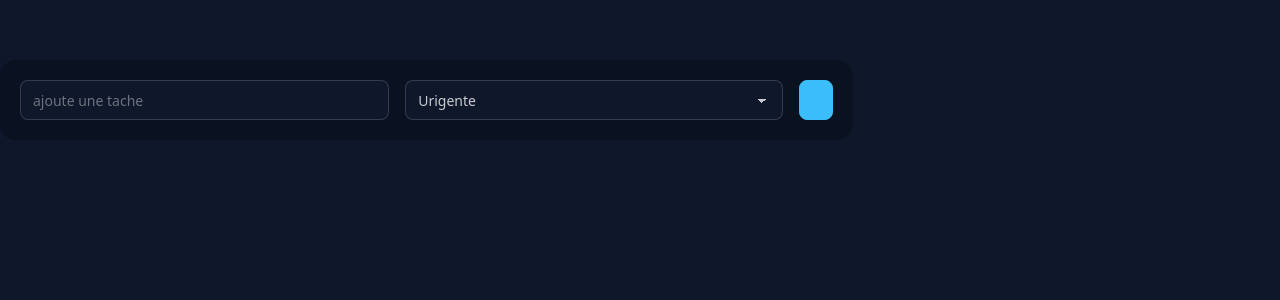
Repository: gradi243/react_ex_tuto
Page: /
The author's editor kept a copy of each file at every save. The page is drawn from the files as they stood at one save, then again after the next save.
The browser window is 1280 px wide. The pictures show the whole page.
The project was rebuilt for these pictures with package versions that can differ from the ones it lists, and the page was loaded fresh each time. Also part of the build but not shown: vite.config.ts.

Above is the page before, as saved 2025-09-13 23:59:40.

### index.html
<!doctype html>
<html lang="en" data-theme="night">
  <head>
    <meta charset="UTF-8" />
    <link rel="icon" type="image/svg+xml" href="/vite.svg" />
    <meta name="viewport" content="width=device-width, initial-scale=1.0" />
    <title>Vite + React + TS</title>
  </head>
  <body>
    <div id="root"></div>
    <script type="module" src="/src/main.tsx"></script>
  </body>
</html>

### src/index.css
@import "tailwindcss";
@plugin "daisyui";

 @plugin "daisyui" {
   themes:night;
 }
/* You can add global styles to this file, and also import other style files */

### src/App.tsx
type priority="Urigente"|"Myenne"|"Basse"

type Todo={
  id: number;
  text:string;
  priority:priority
}


function App(){
  return(
    <div className="flex justify-cente">
      <div className="w-2/3 flex-col gap-4 my-15 bg-base-300 p-5 rounded-2xl">
        <div className="flex gap-4">
          <input
          type="text"
          className="input w-full"
          placeholder="ajoute une tache"
          />

          <select
          className="select w-full"

          >
            <option value="Urigente">Urigente</option>
            <option value="Myenne">Myenne</option>
            <option value="Basse">Basse</option>
          </select>

          <button className="btn btn-primary"></button>
        </div>
      </div>
    </div>
  )
}

export default App

Loaded but not shown: src/main.tsx (common file)

After the next save:
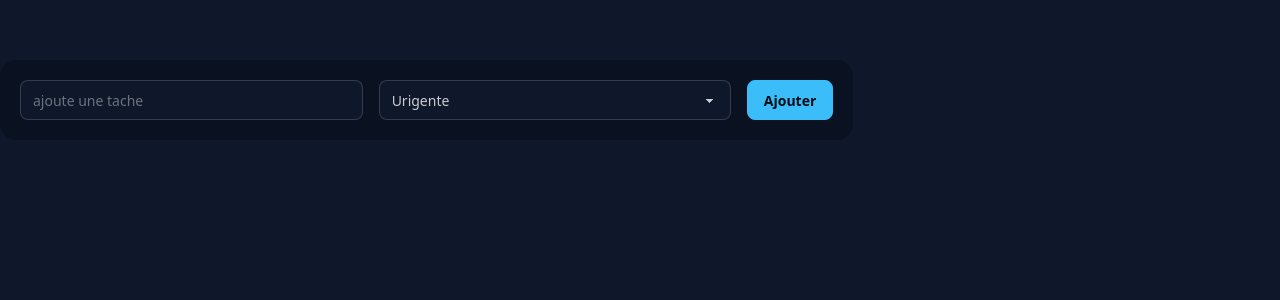
Saved 5 s later.
--- a/src/App.tsx
+++ b/src/App.tsx
@@ -27,7 +27,7 @@ function App(){
             <option value="Basse">Basse</option>
           </select>
 
-          <button className="btn btn-primary"></button>
+          <button className="btn btn-primary">Ajouter</button>
         </div>
       </div>
     </div>
